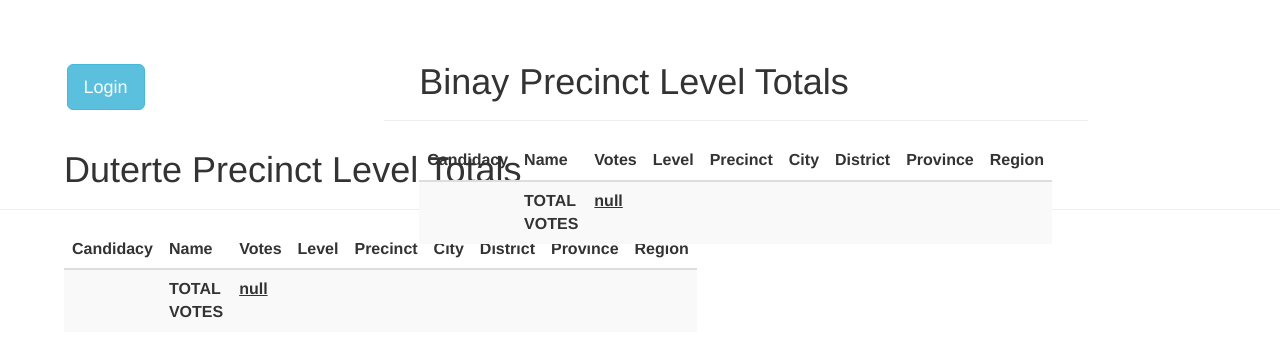
Repository: acbalutan/softdev-cencas-team_apink
Page: http://localhost/AES/index.jsp
The author's editor kept a copy of each file at every save. The page is drawn from the files as they stood at one save, then again after the next save.
The browser window is 1280 px wide. The pictures show the whole page.
The page is served by Tomcat 9. Queries for data that is not in the repository find no rows.

Above is the page before, as saved 2016-02-26 11:04:27.
Console error (its wording comes from the project's code and is left out).

After the next save:
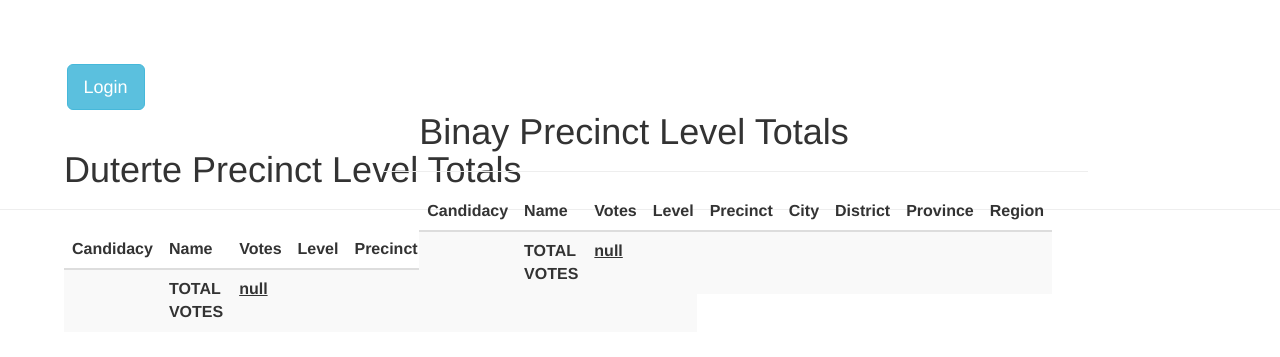
Saved 7 s later.
--- a/workspace/AES/WebContent/index.jsp
+++ b/workspace/AES/WebContent/index.jsp
@@ -79,7 +79,7 @@
 	</table>
 </div>
 
-<div style="position: absolute; top: 3%; left: 30%;">
+<div style="position: absolute; top: 10%; left: 30%;">
 	<div class="page-header" style="padding-left: 5%;">
 		<h1>Binay Precinct Level Totals</h1>
 	</div>
